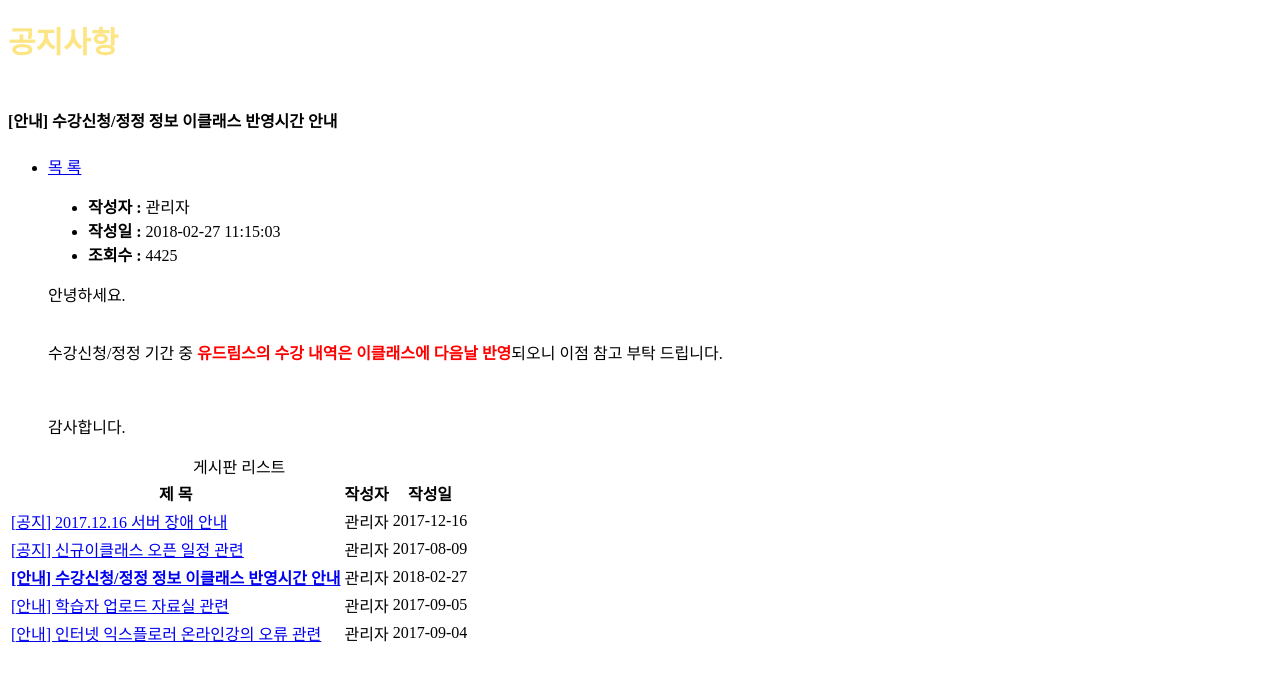
Repository: CSID-DGU/2019-1-CECD3-FFChain-2
Page: http://localhost/icip.app/WEB-INF/jsp/icip/notice/noticeView.jsp
The author's editor kept a copy of each file at every save. The page is drawn from the files as they stood at one save, then again after the next save.
The browser window is 1280 px wide. The pictures show the whole page.
The page is served by Tomcat 9. Nobody is signed in. The template is opened directly, without the code that normally fills it, so the values that code supplies are empty.

Above is the page before, as saved 2019-08-19 10:51:02.

After the next save:
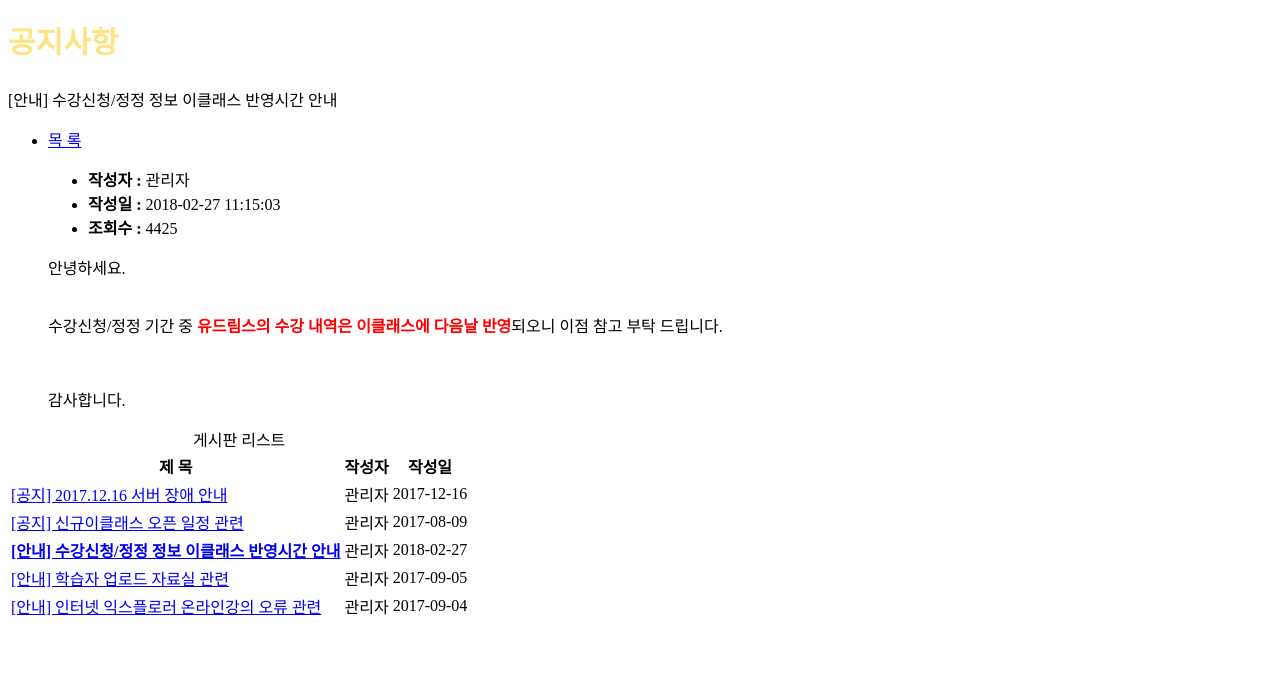
Saved 3 min 11 s later.
--- a/icip.app/src/main/webapp/WEB-INF/jsp/icip/notice/noticeView.jsp
+++ b/icip.app/src/main/webapp/WEB-INF/jsp/icip/notice/noticeView.jsp
@@ -15,12 +15,7 @@
 </div>
 <div id="listBox">
 				<div class="listContent">
-						<dl class="element">
-						<dt>
-							<h4 class="f14 fontB">
- 								<i class="icon-info-black mt-5 mr5"></i>
-								 [안내] 수강신청/정정 정보 이클래스 반영시간 안내
-							</h4>
+						 [안내] 수강신청/정정 정보 이클래스 반영시간 안내
 							<ul class="btnBox">
 								<li>
 									<a class="btn small" href=noticeList.do>
@@ -28,13 +23,10 @@
 										목 록
 									</a>
 								</li>
-
 							</ul>
-						</dt>
 						<dd class="info">
 							<ul class="fl ml10">
 							</ul>
-
 							<ul class="fr mr10">
 							<li><b>작성자 :</b> <span id="suserinfo" style="" onclick="javascript:learnerInfo('admin1');">관리자</span></li>
 							<li><b>작성일 :</b> 2018-02-27 11:15:03</li>
@@ -46,21 +38,14 @@
 
 						</dd>
 						</dl>
-						<!-- 코멘트 영역 부분 -->
 
 							<div class="answerArea">
-
-									<!-- 코멘트 리스트 -->
-									<!-- 게시판 설정에 commentYn이 'N'이더라도 기존에 등록한 댓글 목록은 보여준다. -->
 
 						</div>
 					</div>
 
 						<div id="listBox">
-
-
-
-										</div><table class="boardListBasic" summary="게시판 리스트입니다.">
+						</div><table class="boardListBasic" summary="게시판 리스트입니다.">
 							<caption>게시판 리스트</caption>
 							<thead>
 								<tr class="odd-row">
